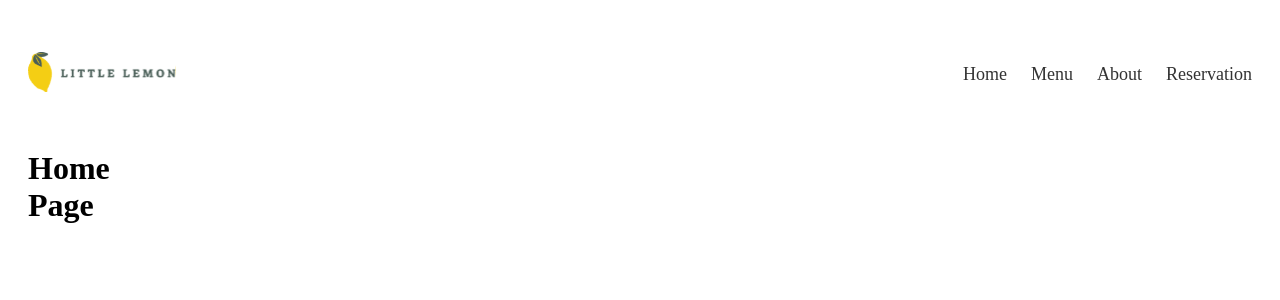
Repository: Yeshwanth-189/little-lemon
Page: / (app in little-lemon/)
An editor plug-in stored every save of this project. The page is shown before and after the next save, followed by the edit.
The browser window is 1280 px wide. The pictures show the whole page.
The project was rebuilt for these pictures with package versions that can differ from the ones it lists, and the page was loaded fresh each time.

Above is the page before, as saved 2025-04-26 15:57:12.

After the next save:
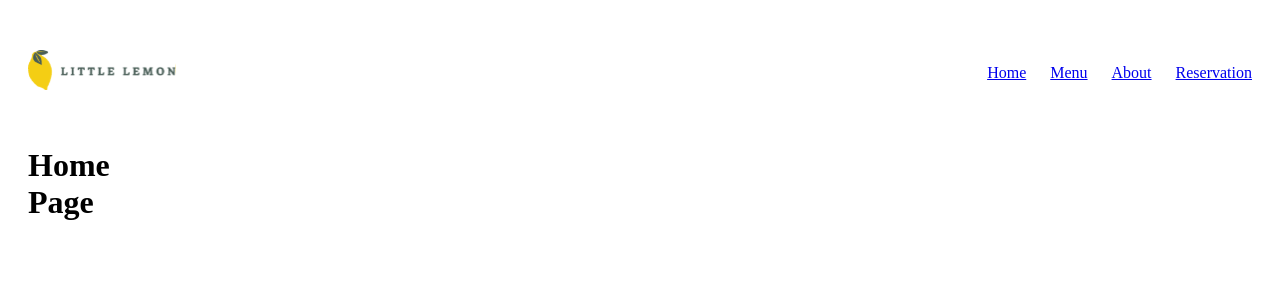
Saved 72 s later.
--- a/little-lemon/src/components/Navigation/NavBar.css
+++ b/little-lemon/src/components/Navigation/NavBar.css
@@ -21,14 +21,3 @@
   display: flex;
   gap: 24px;
 }
-
-.nav-links li a {
-  text-decoration: none;
-  color: #333;
-  font-size: 18px;
-  font-weight: 500;
-}
-
-.nav-links li a:hover {
-  color: #f4ce14; /* Highlight on hover (yellowish) */
-}
